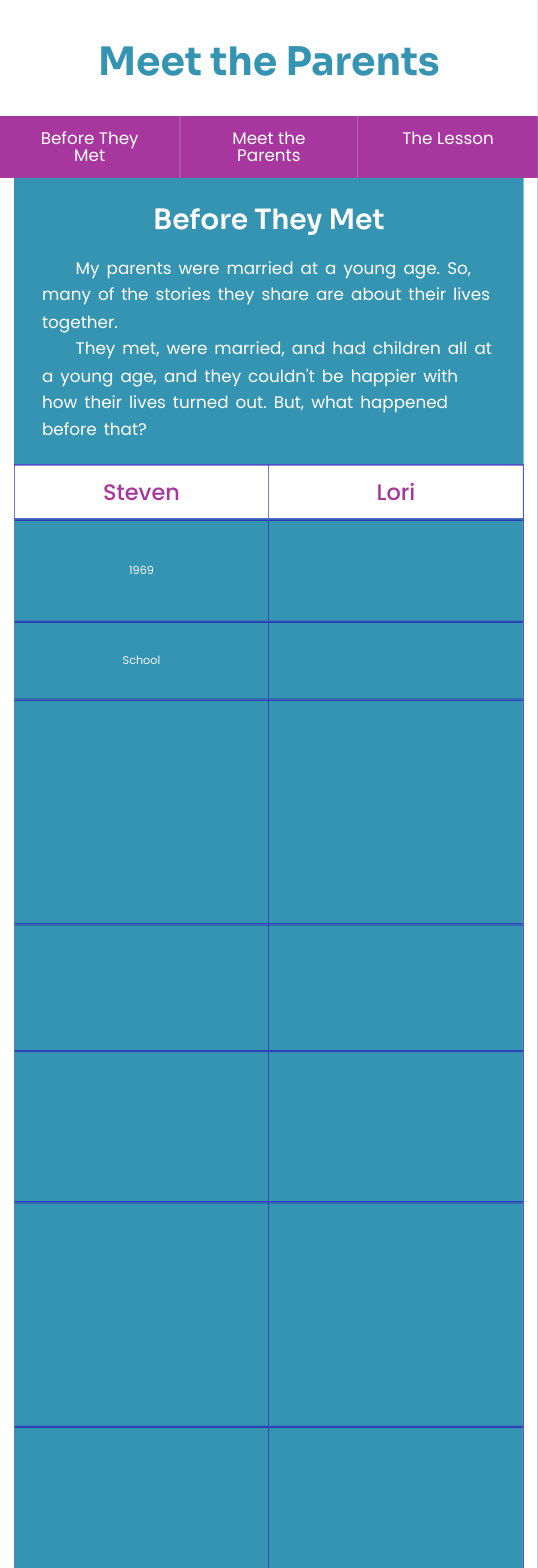
Repository: Sbethm/parents-tribute
Page: timeline.html
An editor plug-in stored every save of this project. The page is shown before and after a run of saves, followed by the edit.
The browser window is 768 px wide. The pictures show the part of the page from y = 0 to 2240 px (the page is 3985 px tall), at 70% of full size.

Above is the page before, as saved 2021-02-24 14:19:21.

### timeline.html
<!DOCTYPE html>
<html>
    <head>
      <meta charset="UTF-8">
      <title>Before They Met</title>
      <meta name="description" content="A choose your own story adventure game">
      <meta name="viewport" content="width=device-width, initial-scale=1.0">
      <link rel="preconnect" href="https://fonts.gstatic.com">
      <link href="https://fonts.googleapis.com/css2?family=Poppins:ital,wght@0,400;0,500;0,600;0,700;0,800;0,900;1,400;1,500;1,600;1,700;1,800;1,900&family=Sora:wght@400;500;600;700;800&display=swap" rel="stylesheet"> <!--
        This is used for headings:
        font-family: 'Sora', sans-serif;
        This is used for content:
        font-family: 'Poppins', sans-serif;-->
      <link href="style.css" type="text/css" rel="stylesheet">
    </head>

    <body>
      <header>
        <h1>Meet the Parents</h1>
        <nav class="navigation">
          <a href="timeline.html">Before They Met</a>
          <a class= "a--border" href="index.html">Meet the Parents</a>
          <a href="lesson.html">The Lesson</a>
        </nav>
      </header>
      <main>
        <h2>Before They Met</h2>
        <p class="p--first">My parents were married at a young age. So, many of the stories they share are about their lives together.</p>
        <p class="p--last">They met, were married, and had children all at a young age, and they couldn't be happier with how their lives turned out. But, what happened before that?</p>
        <div class="grid--timeline">
            <div class="grid__box--timeline dad">Steven</div>
            <div class="grid__box--timeline mom">Lori</div>
            <!---------Dad's Grid Boxes---------->
            <div class="grid__box--timeline f-1">Born in 1969. The same year that man  first stepped on the moon.</div>
            <div class="grid__box--timeline f-2">Steven attended a small Catholic school.</div>
            <div class="grid__box--timeline f-3">During recess in the 4th grade, he gashed his elbow while playing a rough-and-tumble game of football. This resulted in four stitches (for a nine year old that’s a lot of stitches!)</div>
            <div class="grid__box--timeline f-4">When he was thirteen, he camped in the backyard and stayed up all night.</div>
            <div class="grid__box--timeline f-5">He ran his first high school track meet, the 100 yard dash, and won third place. For the first track meet, that's not too shabby!</div>
            <div class="grid__box--timeline f-6">He was in a car accident, "not his fault", which lead to more stitches but this time in his forehead. Because of this, he had to sit out his senior year homecoming football game.</div>
            <div class="grid__box--timeline f-7">Having the lead role as Jesus during my high school senior year. It was the first annual Easter Passion play the school performed.</div>
            <div class="grid__box--timeline f-8">I remember a dream I had where I met a beautiful girl, at a homecoming dance, who I eventually married and we had two terrific kids who eventually married and gave me two more kids to enjoy time with.</div>
            <!---------Dad's Grid Box Covers----->
            <div class="cover__left f-1__cover">1969</div>
            <div class="cover__left  f-2__cover">School</div>
            <div class="cover__left  f-3__cover"></div>
            <div class="cover__left  f-4__cover"></div>
            <div class="cover__left  f-5__cover"></div>
            <div class="cover__left  f-6__cover"></div>
            <div class="cover__left  f-7__cover"></div>
            <div class="cover__left  f-8__cover"></div>
            <!---------Mom's Grid Boxes---------->
            <div class="grid__box--timeline m-1">Born in 1970. What happened this year? Oh, yeah! Mom was born!</div>
            <div class="grid__box--timeline m-2">Lori attended a slightly larger public school.</div>
            <div class="grid__box--timeline m-3">She cut off one of her pigtails in the bathroom. Perhaps to see if she had the makings of a hairstylist? Let's just say, this career path ended here.</div>
            <div class="grid__box--timeline m-4">She had skied half of a bunny slope when she realized this daredevil sport wasn't for her.</div>
            <div class="grid__box--timeline m-5">She performed the lead role in a junior high school play.</div>
            <div class="grid__box--timeline m-6">After a white knuckled horse ride in the Appalachians, she discovered that she was not meant to lead a life of adventure</div>
            <div class="grid__box--timeline m-7">made camps with her cousins in the Ritchie woods.</div>
            <div class="grid__box--timeline m-8">made camps with her cousins in the Ritchie woods.</div>
            <!---------Mom's Grid Box Covers----->
            <div class="cover__right m-1__cover"></div>
            <div class="cover__right m-2__cover"></div>
            <div class="cover__right m-3__cover"></div>
            <div class="cover__right m-4__cover"></div>
            <div class="cover__right m-5__cover"></div>
            <div class="cover__right m-6__cover"></div>
            <div class="cover__right m-7__cover"></div>
            <div class="cover__right m-8__cover"></div>
            <!--------After They Met Boxes------->
            <div class="grid__box--timeline fm-1">Met in ____ when Steven was 21 and Lori was 19 years old.</div>
            <div class="grid__box--timeline fm-2">At the age of 21, Lori gave birth to Sarah (me!).</div>
            <div class="grid__box--timeline fm-3">One year later (obviously not satisfied with their first child) Lori and Steven had their second child, a son named John.</div>
        </div>
        <section>
          <img class="img-hiking"src="img/hiking.jpg" alt="Mom and dad enjoying a hike.">
          <p class="p--last">They met, were married, and had children all at a young age, and they couldn't be happier with how their lives turned out. But, what happened before that?</p>
        </section>
      </main>
      <footer>
        <img class="icon" src="img/profile_icon.png" alt="profile icon">
        Sarah Moosa
        <br><br>
        <img class="icon" src="img/home_icon.png" alt="home icon">
        Meet the Parents
      </footer>
    </body>
</html>

### style.css
/*
html5doctor.com Reset Stylesheet
v1.6.1
Last Updated: 2010-09-17
Author: Richard Clark - http://richclarkdesign.com
Twitter: @rich_clark
*/

html, body, div, span, object, iframe,
h1, h2, h3, h4, h5, h6, p, blockquote, pre,
abbr, address, cite, code,
del, dfn, em, img, ins, kbd, q, samp,
small, strong, sub, sup, var,
b, i,
dl, dt, dd, ol, ul, li,
fieldset, form, label, legend,
table, caption, tbody, tfoot, thead, tr, th, td,
article, aside, canvas, details, figcaption, figure,
footer, header, hgroup, menu, nav, section, summary,
time, mark, audio, video {
    margin:0;
    padding:0;
    border:0;
    outline:0;
    font-size:100%;
    vertical-align:baseline;
    background:transparent;
}

body {
    line-height:1;
}

article,aside,details,figcaption,figure,
footer,header,hgroup,menu,nav,section {
    display:block;
}

nav ul {
    list-style:none;
}

blockquote, q {
    quotes:none;
}

blockquote:before, blockquote:after,
q:before, q:after {
    content:'';
    content:none;
}

a {
    margin:0;
    padding:0;
    font-size:100%;
    vertical-align:baseline;
    background:transparent;
}

/* change colours to suit your needs */
ins {
    background-color:#ff9;
    color:#000;
    text-decoration:none;
}

/* change colours to suit your needs */
mark {
    background-color:#ff9;
    color:#000;
    font-style:italic;
    font-weight:bold;
}

del {
    text-decoration: line-through;
}

abbr[title], dfn[title] {
    border-bottom:1px dotted;
    cursor:help;
}

table {
    border-collapse:collapse;
    border-spacing:0;
}

/* change border colour to suit your needs */
hr {
    display:block;
    height:1px;
    border:0;
    border-top:1px solid #cccccc;
    margin:1em 0;
    padding:0;
}

input, select {
    vertical-align:middle;
}

/* MY CODE BELOW */

body {
    width: 100vw;
    position: absolute;
}

main {
    width: calc(100vw - 40px);
    height: 100%;
    margin: 20px 20px;
    background-color: rgb(53, 148, 177);
}

header {
    width: 100vw;
    padding-top: 40px;
    display: flex;
    flex-direction: column;
    background-color: rgb(255, 255, 255);
}

h1 {
    width: 100%;
    font-family: 'Sora', sans-serif;
    color: rgb(53, 148, 177);
    font-size: 3em;
    font-weight: 700;
    text-align: center;
    padding-bottom: 30px;
}

.navigation {
    max-width: 100vw;
    background-color: rgb(126, 66, 121);
    text-align: center;
    display: grid;
    grid-template-columns: repeat(3, 1fr);
    grid-template-areas:
      " time meet lesson";
}

.time {
    grid-area: time;
}

.meet {
    grid-area: meet;
}

.lesson {
    grid-area: lesson;
}

a {
    padding: 20px 7px;
    background-color: rgb(168, 54, 159);
    font-family: 'Poppins', sans-serif;
    font-size: 1em;
    font-weight: 400;
    color: rgb(255, 255, 255);
    text-decoration: none;
}

.a--border {
    border-left: solid 2px rgb(182, 97, 173);
    border-right: solid 2px rgb(182, 97, 173);
}

a:hover {
    background-color: rgb(97, 49, 92);
}

section {
    width: 100%;
}

h2 {
    max-width: 100%;
    padding: 20px 20px 10px 20px;
    font-family: 'Sora', sans-serif;
    font-size: 1.5em;
    font-weight: 600;
    text-align: center;
    color: rgb(255, 255, 255);
}


.img-sitting,
.img-hiking,
.disney-adventure__img {
    max-width: 100%;
    height: auto;
    justify-content: center;
    align-content: center;
}

.p--first,
.p--inner,
.p--last {
    font-family: 'Poppins', sans-serif;
    font-size: 1em;
    text-indent: 2em;
    line-height: 1.5em;
    word-spacing: 0.1em;
    color: rgb(255, 255, 255);
}

.p--first {
    padding: 10px 20px 0px 20px;
}

.p--inner {
    padding: 0px 20px 0px 20px;
}

.p--last {
    padding: 0px 20px 10px 20px;
}

footer {
    width: calc(100vw - 42px);
    height: 100px;
    padding: 40px 20px 0 20px;
    position: relative;
    bottom: 0;
    font-family: 'Poppins', sans-serif;
    font-size: 1em;
    font-weight: 500;
    border: solid 1px rgb(182, 97, 173);
}

.icon {
    width: 20px;
    height: auto;
}
/*MEET THE PARENTS CODE PHONE*/

.img-sitting {
    margin: 10px 0;
}

/*TIMELINE CODE PHONE*/

.grid--timeline {
    display: grid;
    margin: 10px 0;
    border: solid 1px rgb(40, 23, 187);
    grid-template-columns: 1fr 1fr;
    grid-template-rows: repeat(13, fit-content);
    grid-template-areas:
        "tl tl"
        "dad mom"
        "f-1 m-1"
        "f-2 m-2"
        "f-3 m-3"
        "f-4 m-4"
        "f-5 m-5"
        "f-6 m-6"
        "f-7 m-7"
        "f-8 m-8"
        "fm-1 fm-1"
        "fm-2 fm-2"
        "fm-3 fm-3";
}

.grid__box--timeline {
    background-color: rgb(255, 255, 255);
    padding: 10px 7px;
    color: rgb(168, 54, 159);
    text-align: center;
    font-family: 'Poppins', sans-serif;
    font-weight: 500;
    font-size: 1em;
}

.dad {
    grid-area: dad;
    border-top: solid 1px rgb(40, 23, 187);
    border-bottom: solid 1px rgb(40, 23, 187);
    border-right: solid 1px rgb(40, 23, 187);
}

.mom {
    grid-area: mom;
    border-top: solid 1px rgb(40, 23, 187);
    border-bottom: solid 1px rgb(40, 23, 187);
}

.f-1 {
    grid-area: f-1;
    border-bottom: solid 1px rgb(40, 23, 187);
    border-right: solid 1px rgb(40, 23, 187);
}

.f-2 {
    grid-area: f-2;
    border-bottom: solid 1px rgb(40, 23, 187);
    border-right: solid 1px rgb(40, 23, 187);
}

.f-3 {
    grid-area: f-3;
    border-bottom: solid 1px rgb(40, 23, 187);
    border-right: solid 1px rgb(40, 23, 187);
}

.f-4 {
    grid-area: f-4;
    border-bottom: solid 1px rgb(40, 23, 187);
    border-right: solid 1px rgb(40, 23, 187);
}

.f-5 {
    grid-area: f-5;
    border-bottom: solid 1px rgb(40, 23, 187);
    border-right: solid 1px rgb(40, 23, 187);
}

.f-6 {
    grid-area: f-6;
    border-bottom: solid 1px rgb(40, 23, 187);
    border-right: solid 1px rgb(40, 23, 187);
}

.f-7 {
    grid-area: f-7;
    border-bottom: solid 1px rgb(40, 23, 187);
    border-right: solid 1px rgb(40, 23, 187);
}

.f-8 {
    grid-area: f-8;
    border-bottom: solid 1px rgb(40, 23, 187);
    border-right: solid 1px rgb(40, 23, 187);
}


.cover__left {
    z-index: 2;
    color:rgb(245, 245, 245);
    font-family: 'Poppins', sans-serif;
    text-align: center;
    font-size: 1em;
    background-color: rgb(53, 148, 177);
    border-top: double 3px rgb(40, 23, 187);
    border-right: solid 1px rgb(40, 23, 187);
    display: flex;
    justify-content: center;
    align-items: center;
}

.cover__right {
    z-index: 2;
    color:rgb(245, 245, 245);
    font-family: 'Poppins', sans-serif;
    text-align: center;
    font-size: 2em;
    background-color: rgb(53, 148, 177);
    border-top: double 3px rgb(40, 23, 187);

    display: flex;
    justify-content: center;
    align-items: center;

}

.cover__left:hover,
.cover__right:hover {
    color: rgb(245, 245, 245, 0);
    animation-name: fade;
    animation-duration: 1s;
    animation-fill-mode: forwards;
}

@keyframes fade {
    0% {
        background-color: rgb(53, 148, 177);
    }
    100% {
        background-color: rgb(65, 175, 209, 0);
    }
}

.f-1__cover {
    grid-area: f-1;
}

.f-2__cover {
    grid-area: f-2;
}

.f-3__cover {
    grid-area: f-3;
}

.f-4__cover {
    grid-area: f-4;
}

.f-5__cover {
    grid-area: f-5;
}

.f-6__cover {
    grid-area: f-6;
}

.f-7__cover {
    grid-area: f-7;
}

.f-8__cover {
    grid-area: f-8;
}

.m-1__cover {
    grid-area: m-1;
}

.m-2__cover {
    grid-area: m-2;
}

.m-3__cover {
    grid-area: m-3;
}

.m-4__cover {
    grid-area: m-4;
}

.m-5__cover {
    grid-area: m-5;
}

.m-6__cover {
    grid-area: m-6;
}

.m-7__cover {
    grid-area: m-7;
}

.m-8__cover {
    grid-area: m-8;
}

.m-1 {
    grid-area: m-1;
    border-bottom: solid 1px rgb(40, 23, 187);
}

.m-2 {
    grid-area: m-2;
    border-bottom: solid 1px rgb(40, 23, 187);
}

.m-3 {
    grid-area: m-3;
    border-bottom: solid 1px rgb(40, 23, 187);
}

.m-4 {
    grid-area: m-4;
    border-bottom: solid 1px rgb(40, 23, 187);
}

.m-5 {
    grid-area: m-5;
    border-bottom: solid 1px rgb(40, 23, 187);
}

.m-6 {
    grid-area: m-6;
    border-bottom: solid 1px rgb(40, 23, 187);
}

.m-7 {
    grid-area: m-7;
    border-bottom: solid 1px rgb(40, 23, 187);
}

.m-8 {
    grid-area: m-8;
    border-bottom: solid 1px rgb(40, 23, 187);
}

.fm-1 {
    grid-area: fm-1;
    border-bottom: solid 1px rgb(40, 23, 187);
}

.fm-2 {
    grid-area: fm-2;
    border-bottom: solid 1px rgb(40, 23, 187);
}

.fm-3 {
    grid-area: fm-3;
    border-bottom: solid 1px rgb(40, 23, 187);
}

.img-hiking {
    margin-bottom: 10px;
}

/*LESSON LEARNED CODE PHONE*/

.disney-adventure__img {
    margin: 20px 0;
}


/*iPAD*/ @media screen and (min-width: 700px) and (max-width: 899px) {

    header {
        padding-top: 60px;

    }

    h1 {
        font-size: 3.5em;
        padding-bottom: 50px;
    }

    main {
        padding: 20px 0;
        margin: 0 20px;
        width: calc(100vw - 40px);
        background-color: rgb(53, 148, 177);
        border-top: none;
    }

    a {
        padding: 20px 40px;
        font-size: 1.5em;
    }

    .a--border {
        padding: 20px 60px;
    }

    h2 {
        font-size: 2.5em;

    }

    .p--first,
    .p--inner,
    .p--last {
        font-size: 1.5em;
        text-indent: 2em;
        line-height: 1.6em;
        word-spacing: 0.15em;
    }

    .p--first {
        padding: 20px 40px 0px 40px;
    }

    .p--inner {
        padding: 0px 40px 0px 40px;
    }

    .p--last {
        padding: 0px 40px 20px 40px;
    }

    section {
        background-color: rgb(40, 23, 187, 0);
        border: none;
    }

    .grid--section {
        max-width: calc(100vw - 40px);
        display: grid;
        grid-template-columns: 50% 50%;
        grid-template-rows: 100px 200px 200px;
        grid-template-areas:
            "title title"
            "picture p1"
            "picture p2";
    }

    section h2 {
        grid-area: title;
        align-self: center;
        justify-self: center;
    }

    .img-sitting {
        max-height: 360px;
        margin-bottom: 20px;
        border: solid 1px rgb(40, 23, 187);
        border-left: none;
        grid-area: picture;
        justify-self: center;
        align-self: center;
    }

    .p1 {
        align-self: flex-start;
        grid-area: p1;
        padding-left: 40px;
        padding-right: 20px;
    }

    .p2 {
        align-self: flex-end;
        grid-area: p2;
        padding: 0 20px 30px 40px;
    }

    footer {
        width: calc(100vw - 42px);
        height: 200px;
        font-size: 1em;
        font-weight: 500;
    }

    .icon {
        width: 40px;
        height: auto;
    }

/*TIMELINE CODE iPAD*/

    .grid__box--timeline{
        padding: 20px;
        font-size: 1.5em;
        line-height: 35px;
    }

    .title {
        font-size: 2.5em;
        color: rgb(255, 255, 255);
        background-color: rgb(53, 148, 177);
    }

    .dad,
    .mom {
        font-size: 2em;
    }

    .img-hiking {
        border: solid 1px rgb(40, 23, 187);
    }



/*LESSON LEARNED CODE iPAD*/

}

/*COMPUTER*/@media screen and (min-width: 900px) and (max-width: 2000px) {

    header {
        padding-top: 80px;
    }

    h1 {
        font-size: 4em;
        padding-bottom: 70px;
    }

    main {
        max-width: calc(100vw - 160px);
        padding-top: 20px;
        margin: 0 80px;
        border-top: none;
    }

    nav {
        max-width: calc(100vw - 160px);
        margin: 0 80px;
        background-color: rgb(126, 66, 121);
        text-align: center;
        display: grid;
        grid-template-columns: repeat(3, 3px);
        grid-template-areas:
          " time meet lesson";
    }

    a {
        font-size: 1.25em;
    }

    h2 {
        font-size: 2em;
        padding: 20px;
    }

    .p--first,
    .p--inner,
    .p--last {
        font-size: 1.25em;
        text-indent: 2em;
        line-height: 1.5em;
        word-spacing: 0.1em;
    }

    .p--first {
        padding: 20px 60px 0px 60px;
    }

    .p--inner {
        padding: 0px 60px 0px 60px;
    }

    .p--last {
        padding: 0px 60px 20px 60px;
    }

    .grid--section {
        display: grid;
        padding-bottom: 40px;
        grid-template-columns: auto;
        grid-template-rows: 150px 420px 150px 150px;
        grid-template-areas:
            "title"
            "picture"
            "p1"
            "p2";
    }

    section h2 {
        align-self: center;
        justify-self: center;
    }

    .img-sitting {
        max-height: 400px;
        margin-bottom: 0px;
        border: double 3px rgb(255, 255, 255);
        justify-self: center;
        align-self: center;
    }

    .p1 {
        align-self: center;
        grid-area: p1;
        padding: 20px 40px;
    }

    .p2 {
        align-self: center;
        grid-area: p2;
        padding: 20px 40px;
    }

    footer {
        margin: 0 80px;
        max-width: calc(100vw - 162px);
        height: 200px;
        font-size: 1em;
        font-weight: 500;
    }

    .icon {
        width: 25px;
        height: auto;
    }

/*TIMELINE CODE COMPUTER*/

    .img-hiking {
    max-height: 400px;
    width: auto;
    border: double 3px rgb(255, 255, 255);
    display: block;
    margin: 50px auto ;
    }

    .grid__box--timeline{
        z-index: 1;
        padding: 20px;
        font-size: 1.5em;
        text-indent: 2em;
        line-height: 1.8em;
        word-spacing: 0.15em;
    }

    .grid--timeline {
        display: grid;
        margin: 0 auto;
        max-width: 1000px;
        box-shadow: 10px 10px 31px 0px rgba(0,0,0,0.75);
        -webkit-box-shadow: 10px 10px 31px 0px rgba(0,0,0,0.75);
        -moz-box-shadow: 10px 10px 31px 0px rgba(0,0,0,0.75);
        grid-template-columns: 1fr 1fr;
        grid-template-rows: repeat(13, fit-content);
        grid-template-areas:
            "tl tl"
            "dad mom"
            "f-1 m-1"
            "f-2 m-2"
            "f-3 m-3"
            "f-4 m-4"
            "f-5 m-5"
            "f-6 m-6"
            "f-7 m-7"
            "f-8 m-8"
            "fm-1 fm-1"
            "fm-2 fm-2"
            "fm-3 fm-3";
    }

    .grid__box--timeline {
    font-weight: 400;
    }

    .dad,
    .mom {
        font-size: 2em;
        font-weight: 500;
    }

    .cover__left {
        z-index: 2;
        color:rgb(245, 245, 245);
        font-family: 'Poppins', sans-serif;
        text-align: center;
        font-size: 2em;
        background-color: rgb(53, 148, 177);
        border-top: double 3px rgb(40, 23, 187);
        border-right: solid 1px rgb(40, 23, 187);
        display: flex;
        justify-content: center;
        align-items: center;
    }

    .cover__right {
        z-index: 2;
        color:rgb(245, 245, 245);
        font-family: 'Poppins', sans-serif;
        text-align: center;
        font-size: 2em;
        background-color: rgb(53, 148, 177);
        border-top: double 3px rgb(40, 23, 187);

        display: flex;
        justify-content: center;
        align-items: center;

    }


    .m-1 {
        border-left: solid 1px rgb(40, 23, 187);
    }

    .m-2 {
        border-left: solid 1px rgb(40, 23, 187);
    }

    .m-3 {
        border-left: solid 1px rgb(40, 23, 187);
    }

    .m-4 {
        border-left: solid 1px rgb(40, 23, 187);
    }

    .m-5 {
        border-left: solid 1px rgb(40, 23, 187);
    }

    .m-6 {
        border-left: solid 1px rgb(40, 23, 187);
    }

    .m-7 {
        border-left: solid 1px rgb(40, 23, 187);
    }

    .m-8 {
        border-left: solid 1px rgb(40, 23, 187);
    }


    /*LESSON LEARNED CODE iPAD*/

    }

After the next 3 saves:
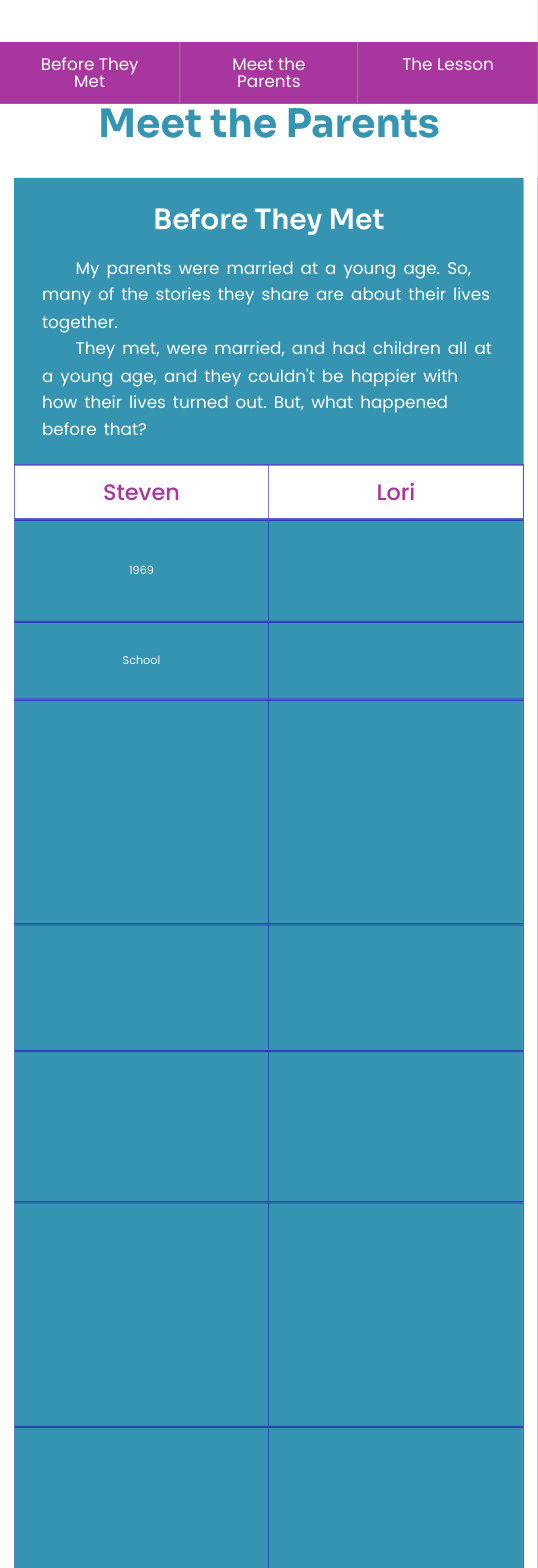
The 3 saves are shown as one change because they came seconds apart.
The last was saved 8 s later.
--- a/style.css
+++ b/style.css
@@ -519,7 +519,7 @@ footer {
 
     header {
         padding-top: 60px;
-
+        flex-direction: column-reverse;
     }
 
     h1 {
